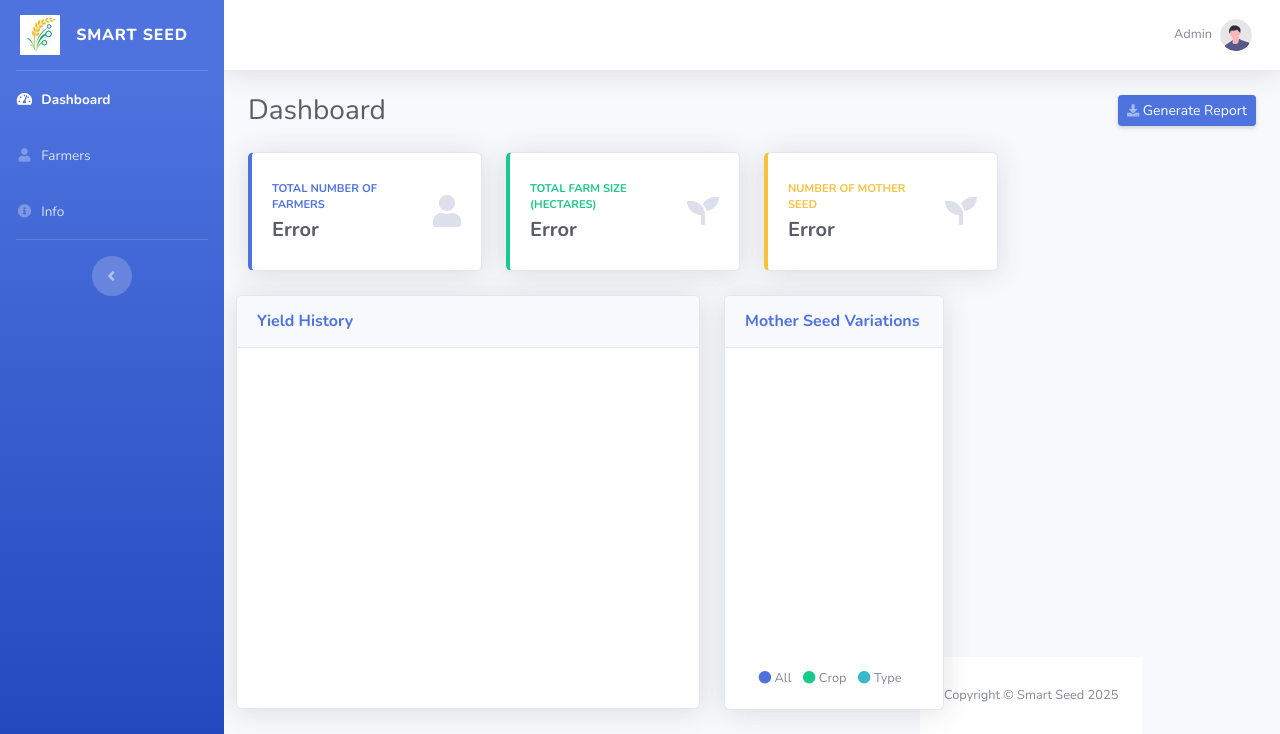
Repository: IFoundGeorge/Smart-Seed-v8-master
Page: src/index.html
An editor plug-in stored every save of this project. The page is shown before and after the next save, followed by the edit.
The browser window is 1280 px wide. The pictures show the whole page.
The page's requests for data from a server got no answer.

Above is the page before, as saved 2025-03-18 21:25:42.

### src/index.html
<html lang="en">

<head>

    <meta charset="utf-8">
    <meta http-equiv="X-UA-Compatible" content="IE=edge">
    <meta name="viewport" content="width=device-width, initial-scale=1, shrink-to-fit=no">
    <meta name="description" content="">
    <meta name="author" content="">

    <title>SB Admin 2 - Dashboard</title>

    <link href="../node_modules/bootstrap/dist/css/bootstrap.min.css" />

    <!-- Custom fonts for this template-->
    <link href="../node_modules/startbootstrap-sb-admin-2/fontawesome-free/css/all.min.css" rel="stylesheet" type="text/css">
    <link
        href="https://fonts.googleapis.com/css?family=Nunito:200,200i,300,300i,400,400i,600,600i,700,700i,800,800i,900,900i"
        rel="stylesheet">

    <!-- Custom styles for this template-->
    <link href="../node_modules/startbootstrap-sb-admin-2/css/sb-admin-2.min.css" rel="stylesheet">

    <style type="text/css">
        /* Chart.js */
        @keyframes chartjs-render-animation {
            from {
                opacity: .99
            }

            to {
                opacity: 1
            }
        }

        .chartjs-render-monitor {
            animation: chartjs-render-animation 1ms
        }

        .chartjs-size-monitor,
        .chartjs-size-monitor-expand,
        .chartjs-size-monitor-shrink {
            position: absolute;
            direction: ltr;
            left: 0;
            top: 0;
            right: 0;
            bottom: 0;
            overflow: hidden;
            pointer-events: none;
            visibility: hidden;
            z-index: -1
        }

        .chartjs-size-monitor-expand>div {
            position: absolute;
            width: 1000000px;
            height: 1000000px;
            left: 0;
            top: 0
        }

        .chartjs-size-monitor-shrink>div {
            position: absolute;
            width: 200%;
            height: 200%;
            left: 0;
            top: 0
        }
    </style>
</head>

<body id="page-top">

    <!-- Page Wrapper -->
    <div id="wrapper">

        <!-- Sidebar -->
        <ul class="navbar-nav bg-gradient-primary sidebar sidebar-dark accordion" id="accordionSidebar">

            <!-- Sidebar - Brand -->
            <a class="sidebar-brand d-flex align-items-center justify-content-center" href="index.html">

                    <img src="../img/smartseed_logo.jpg" alt="Smart Seed Logo">

                <div class="sidebar-brand-text mx-3">Smart Seed</div>
            </a>

            <!-- Divider -->
            <hr class="sidebar-divider my-0">

            <!-- Nav Item - Dashboard -->
            <li class="nav-item active">
                <a class="nav-link" href="index.html">
                    <i class="fas fa-fw fa-tachometer-alt"></i>
                    <span>Dashboard</span></a>
            </li>


            <!-- Nav Item - Farmers -->
            <li class="nav-item">
                <a class="nav-link" href="farmers.html">
                    <i class="fas fa-fw fa-user"></i>
                    <span>Farmers</span></a>
            </li>

            <!-- Nav Item - Info -->
            <li class="nav-item">
                <a class="nav-link" href="info.html">
                    <i class="fas fa-fw fa-info-circle"></i>
                    <span>Info</span></a>
            </li>

            <!-- Divider -->
            <hr class="sidebar-divider d-none d-md-block">

            <!-- Sidebar Toggler (Sidebar) -->
            <div class="text-center d-none d-md-inline">
                <button class="rounded-circle border-0" id="sidebarToggle"></button>
            </div>



        </ul>
        <!-- End of Sidebar -->

        <!-- Content Wrapper -->
        <div id="content-wrapper" class="d-flex flex-column">

            <!-- Main Content -->
            <div id="content">

                <!-- Topbar -->
                <nav class="navbar navbar-expand navbar-light bg-white topbar mb-4 static-top shadow">

                    <!-- Sidebar Toggle (Topbar) -->
                    <button id="sidebarToggleTop" class="btn btn-link d-md-none rounded-circle mr-3">
                        <i class="fa fa-bars"></i>
                    </button>



                    <!-- Topbar Navbar -->
                    <ul class="navbar-nav ml-auto">

                        <!-- Nav Item - Search Dropdown (Visible Only XS) -->
                        <li class="nav-item dropdown no-arrow d-sm-none">
                            <a class="nav-link dropdown-toggle" href="#" id="searchDropdown" role="button"
                                data-toggle="dropdown" aria-haspopup="true" aria-expanded="false">
                                <i class="fas fa-search fa-fw"></i>
                            </a>
                            <!-- Dropdown - Messages -->
                            <div class="dropdown-menu dropdown-menu-right p-3 shadow animated--grow-in"
                                aria-labelledby="searchDropdown">
                                <form class="form-inline mr-auto w-100 navbar-search">
                                    <div class="input-group">
                                        <input type="text" class="form-control bg-light border-0 small"
                                            placeholder="Search for..." aria-label="Search"
                                            aria-describedby="basic-addon2">
                                        <div class="input-group-append">
                                            <button class="btn btn-primary" type="button">
                                                <i class="fas fa-search fa-sm"></i>
                                            </button>
                                        </div>
                                    </div>
                                </form>
                            </div>
                        </li>



                        <!-- Nav Item - User Information -->
                        <li class="nav-item dropdown no-arrow">
                            <a class="nav-link dropdown-toggle" href="#" id="userDropdown" role="button"
                                data-toggle="dropdown" aria-haspopup="true" aria-expanded="false">
                                <span class="mr-2 d-none d-lg-inline text-gray-600 small">Admin</span>
                                <img class="img-profile rounded-circle"
                                    src="../img/undraw_profile.svg">
                            </a>
                            <!-- Dropdown - User Information -->
                            <div class="dropdown-menu dropdown-menu-right shadow animated--grow-in"
                                aria-labelledby="userDropdown">
                                <a class="dropdown-item" href="#">
                                    <i class="fas fa-user fa-sm fa-fw mr-2 text-gray-400"></i>
                                    Profile
                                </a>
                                <div class="dropdown-divider"></div>
                                <a class="dropdown-item" href="#" data-toggle="modal" data-target="#logoutModal">
                                    <i class="fas fa-sign-out-alt fa-sm fa-fw mr-2 text-gray-400"></i>
                                    Logout
                                </a>
                            </div>
                        </li>

                    </ul>

                </nav>
                <!-- End of Topbar -->

                <!-- Begin Page Content -->
                <div class="container-fluid">

                    <!-- Page Heading -->
                    <div class="d-sm-flex align-items-center justify-content-between mb-4">
                        <h1 class="h3 mb-0 text-gray-800">Dashboard</h1>
                        <a href="#" class="d-none d-sm-inline-block btn btn-sm btn-primary shadow-sm" onclick="printPage()">
                            <i class="fas fa-download fa-sm text-white-50"></i> Generate Report
                        </a>
                    </div>

                    <script>
                        function praintPage() {
                            window.print();
                        }
                    </script>

                    <!-- Content Row -->
                    <div class="row">

                        <!-- Farmers Card -->
                        <div class="col-xl-3 col-md-6 mb-4">
                            <div class="card border-left-primary shadow h-100 py-2">
                                <div class="card-body">
                                    <div class="row no-gutters align-items-center">
                                        <div class="col mr-2">
                                            <div class="text-xs font-weight-bold text-primary text-uppercase mb-1">
                                                Total Number of Farmers
                                            </div>
                                            <div id="totalFarmers" class="h5 mb-0 font-weight-bold text-gray-800">Loading...</div>
                                        </div>
                                        <div class="col-auto">
                                            <i class="fas fa-user fa-2x text-gray-300"></i>
                                        </div>
                                    </div>
                                </div>
                            </div>
                        </div>

                        <script>
                        document.addEventListener("DOMContentLoaded", function() {
                            fetch('http://localhost:3000/api/farmers') // Fetch all farmers
                                .then(response => response.json())
                                .then(data => {
                                    // Count the number of farmers
                                    const totalFarmers = data.length;
                                    document.getElementById("totalFarmers").textContent = totalFarmers;
                                })
                                .catch(error => {
                                    console.error('Error fetching farmers:', error);
                                    document.getElementById("totalFarmers").textContent = "Error";
                                });
                        });
                        </script>


                        <!-- Total Farm Size -->
                        <div class="col-xl-3 col-md-6 mb-4">
                            <div class="card border-left-success shadow h-100 py-2">
                                <div class="card-body">
                                    <div class="row no-gutters align-items-center">
                                        <div class="col mr-2">
                                            <div class="text-xs font-weight-bold text-success text-uppercase mb-1">
                                                Total Farm Size (Hectares)
                                            </div>
                                            <div id="totalFarmSize" class="h5 mb-0 font-weight-bold text-gray-800">Loading...</div>
                                        </div>
                                        <div class="col-auto">
                                            <i class="fas fa-seedling fa-2x text-gray-300"></i>
                                        </div>
                                    </div>
                                </div>
                            </div>
                        </div>

                        <script>
                            document.addEventListener("DOMContentLoaded", function() {
                                fetch('http://localhost:3000/api/farmers') // Fetch farmers data
                                    .then(response => response.json())
                                    .then(data => {
                                        console.log("Fetched Data:", data); // Debugging

                                        if (!Array.isArray(data) || data.length === 0) {
                                            console.error("API returned an empty array or invalid data.");
                                            document.getElementById("totalFarmSize").textContent = "No data";
                                            return;
                                        }

                                        let totalFarmSize = 0;

                                        data.forEach(farmer => {
                                            let size = parseFloat(farmer.Farm_Size); // Match exact key name

                                            if (isNaN(size)) {
                                                console.warn(`Skipping invalid farm size for farmer:`, farmer);
                                                return; // Skip invalid values
                                            }

                                            totalFarmSize += size;
                                        });

                                        console.log("Total Farm Size Calculated:", totalFarmSize);

                                        document.getElementById("totalFarmSize").textContent = totalFarmSize.toFixed(2) + " ha";
                                    })
                                    .catch(error => {
                                        console.error('Error fetching farm sizes:', error);
                                        document.getElementById("totalFarmSize").textContent = "Error";
                                    });
                            });
                            </script>


                        <!-- Number of Mother Seed -->
                    <div class="col-xl-3 col-md-6 mb-4">
                        <div class="card border-left-warning shadow h-100 py-2">
                            <div class="card-body">
                                <div class="row no-gutters align-items-center">
                                    <div class="col mr-2">
                                        <div class="text-xs font-weight-bold text-warning text-uppercase mb-1">
                                            Number of Mother Seed
                                        </div>
                                        <div id="totalMotherSeed" class="h5 mb-0 font-weight-bold text-gray-800">Loading...</div>
                                    </div>
                                    <div class="col-auto">
                                        <i class="fas fa-seedling fa-2x text-gray-300"></i>
                                    </div>
                                </div>
                            </div>
                        </div>
                    </div>

                    <script>
                    document.addEventListener("DOMContentLoaded", function() {
                        fetch('http://localhost:3000/api/farmers') // Fetch farmers data
                            .then(response => response.json())
                            .then(data => {
                                console.log("Fetched Farmers Data:", data); // Debugging

                                if (!Array.isArray(data) || data.length === 0) {
                                    console.error("API returned an empty array or invalid data.");
                                    document.getElementById("totalMotherSeed").textContent = "No data";
                                    return;
                                }

                                // Calculate total mother seed count (Farm_Size * Average_Yield)
                                const totalMotherSeed = data.reduce((sum, farmer) => {
                                    let farmSize = parseFloat(farmer.Farm_Size) || 0;
                                    let averageYield = parseFloat(farmer.Average_Yield) || 0;
                                    return sum + (farmSize * averageYield);
                                }, 0);

                                console.log("Total Mother Seed Calculated:", totalMotherSeed);

                                // Display the total, formatted with commas
                                document.getElementById("totalMotherSeed").textContent = totalMotherSeed.toLocaleString() + " seeds";
                            })
                            .catch(error => {
                                console.error('Error fetching mother seed count:', error);
                                document.getElementById("totalMotherSeed").textContent = "Error";
                            });
                    });
                    </script>

                    <!-- Content Row -->

                    <div class="row">

                        <!-- Area Chart -->
                        <div class="col-xl-8 col-lg-7">
                            <div class="card shadow mb-4">
                                <!-- Card Header - Dropdown -->
                                <div
                                    class="card-header py-3 d-flex flex-row align-items-center justify-content-between">
                                    <h6 class="m-0 font-weight-bold text-primary">Yield History</h6>
                                    <!-- Removed dropdown menu -->
                                </div>
                                <!-- Card Body -->
                                <div class="card-body">
                                    <div class="chart-area">
                                        <canvas id="myAreaChart"></canvas>
                                    </div>
                                </div>
                            </div>
                        </div>

                        <!-- Pie Chart -->
                        <div class="col-xl-4 col-lg-5">
                            <div class="card shadow mb-4">
                                <!-- Card Header - Dropdown -->
                                <div
                                    class="card-header py-3 d-flex flex-row align-items-center justify-content-between">
                                    <h6 class="m-0 font-weight-bold text-primary">Mother Seed Variations</h6>
                                </div>
                                <!-- Card Body -->
                                <div class="card-body">
                                    <div class="chart-pie pt-4 pb-2">
                                        <canvas id="myPieChart"></canvas>

                                    </div>
                                    <div class="mt-4 text-center small">
                                        <span class="mr-2">
                                            <i class="fas fa-circle text-primary"></i> All
                                        </span>
                                        <span class="mr-2">
                                            <i class="fas fa-circle text-success"></i> Crop
                                        </span>
                                        <span class="mr-2">
                                            <i class="fas fa-circle text-info"></i> Type
                                        </span>
                                    </div>
                                </div>
                            </div>
                        </div>
                    </div>

                    <!-- Content Row -->
                    <div class="row">

                        <!-- Content Column -->



            </div>
            <!-- End of Main Content -->

            <!-- Footer -->
            <div id="wrapper">
                <div id="content-wrapper" class="d-flex flex-column">
                    <div id="content">
                        <!-- Page content goes here -->
                    </div>
                    <footer class="sticky-footer bg-white">
                        <div class="container my-auto">
                            <div class="copyright text-center my-auto">
                                <span>Copyright &copy; Smart Seed 2025</span>
                            </div>
                        </div>
                    </footer>
                </div>
            </div>
            <!-- End of Footer -->

        </div>
    </div>
    <!-- End of Page Wrapper -->

    <!-- Scroll to Top Button-->
    <a class="scroll-to-top rounded" href="#page-top">
        <i class="fas fa-angle-up"></i>
    </a>

    <!-- Logout Modal-->
    <div class="modal fade" id="logoutModal" tabindex="-1" role="dialog" aria-labelledby="exampleModalLabel"
        aria-hidden="true">
        <div class="modal-dialog" role="document">
            <div class="modal-content">
                <div class="modal-header">
                    <h5 class="modal-title" id="exampleModalLabel">Ready to Leave?</h5>
                    <button class="close" type="button" data-dismiss="modal" aria-label="Close">
                        <span aria-hidden="true">×</span>
                    </button>
                </div>
                <div class="modal-body">Select "Logout" below if you are ready to end your current session.</div>
                <div class="modal-footer">
                    <button class="btn btn-secondary" type="button" data-dismiss="modal">Cancel</button>
                    <a class="btn btn-primary" href="login.html">Logout</a>
                </div>
            </div>
        </div>
    </div>

    <!-- Bootstrap core JavaScript-->
    <script src="../vendor/jquery/jquery.min.js"></script>
    <script src="../vendor/bootstrap/js/bootstrap.bundle.min.js"></script>
    <script src="https://cdn.jsdelivr.net/npm/chart.js"></script>


    <!-- Core plugin JavaScript-->
    <script src="../vendor/jquery-easing/jquery.easing.min.js"></script>

    <!-- Custom scripts for all pages-->
    <script src="../js/sb-admin-2.min.js"></script>

    <!-- Page level plugins -->
    <script src="../vendor/chart.js/Chart.min.js"></script>

    <!-- Page level custom scripts -->
    <script src="../js/demo/chart-area-demo.js"></script>
    <script src="../js/demo/chart-pie-demo.js"></script>

    <script src="../js/fetchCropData.js"></script>

</body>

</html>

### js/demo/chart-pie-demo.js
let cropChart; // Store the chart instance globally

function updatePieChart(labels, values) {
    const ctx = document.getElementById("myPieChart").getContext("2d");

    // Destroy old chart if it exists (prevents duplicate charts)
    if (cropChart) {
        cropChart.destroy();
    }

    cropChart = new Chart(ctx, {
        type: "doughnut", // or 'pie'
        data: {
            labels: labels,
            datasets: [{
                data: values,
                backgroundColor: ["#4e73df", "#1cc88a", "#36b9cc", "#f6c23e", "#e74a3b"],
                hoverBackgroundColor: ["#2e59d9", "#17a673", "#2c9faf", "#dda20a", "#be2617"],
                hoverBorderColor: "rgba(234, 236, 244, 1)",
            }]
        },
        options: {
            maintainAspectRatio: false,
            tooltips: {
                backgroundColor: "rgb(255,255,255)",
                bodyFontColor: "#858796",
                borderColor: '#dddfeb',
                borderWidth: 1,
                xPadding: 15,
                yPadding: 15,
                displayColors: false,
                caretPadding: 10,
            },
            legend: {
                display: true
            },
            cutoutPercentage: 80,
        }
    });
}

### js/fetchCropData.js
async function fetchCropData() {
    try {
      const response = await fetch("http://localhost:3000/api/crop_distribution");
      const data = await response.json();

      console.log("Fetched Data:", data); // Debug output

      if (data.length === 0) {
        console.warn("No crop data found.");
        return;
      }

      const labels = data.map(item => item.crop_type);
      const values = data.map(item => item.count);

      updatePieChart(labels, values);
    } catch (error) {
      console.error("Error fetching crop data:", error);
    }
  }

  // Attach to the window object
  window.fetchCropData = fetchCropData;

  document.addEventListener("DOMContentLoaded", () => {
    fetchCropData();
});

Loaded but not shown: vendor/fontawesome-free/css/all.min.css (library); css/sb-admin-2.min.css (library); vendor/jquery/jquery.min.js (library); vendor/bootstrap/js/bootstrap.bundle.min.js (library); vendor/jquery-easing/jquery.easing.min.js (common file); js/sb-admin-2.min.js (common file); vendor/chart.js/Chart.min.js (library); js/demo/chart-area-demo.js (132 lines, source omitted)

After the next save:
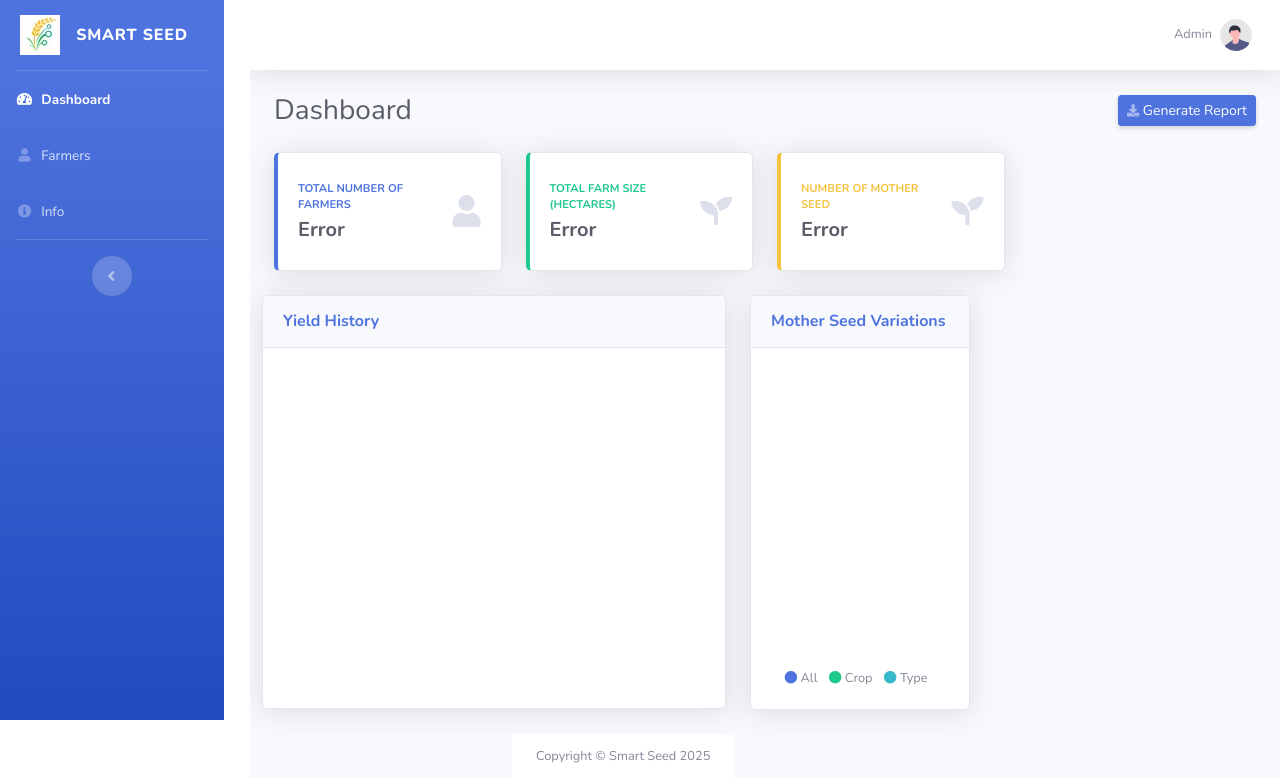
Saved 7 min 28 s later.
--- a/src/index.html
+++ b/src/index.html
@@ -66,6 +66,33 @@
             height: 200%;
             left: 0;
             top: 0
+        }
+
+        .sidebar {
+            width: 250px;
+            min-height: 100vh;
+            position: fixed;
+            top: 0;
+            left: 0;
+            z-index: 1000;
+            overflow-y: auto;
+        }
+
+        #content-wrapper {
+            margin-left: 250px;
+            flex: 1;
+            display: flex;
+            flex-direction: column;
+        }
+
+        footer.sticky-footer {
+            position: relative;
+            bottom: 0;
+            width: 100%;
+            padding: 1rem 0;
+            background-color: #ffffff;
+            text-align: center;
+            flex-shrink: 0;
         }
     </style>
 </head>
